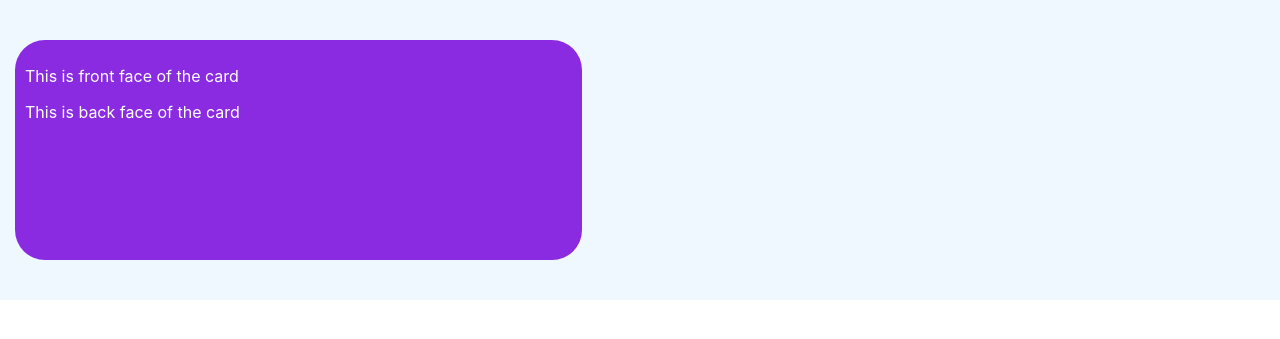
Repository: thai-shriya/anxiety-tracker
Page: /
The author's editor kept a copy of each file at every save. The page is drawn from the files as they stood at one save, then again after the next save.
The browser window is 1280 px wide. The pictures show the whole page.
The project was rebuilt for these pictures with package versions that can differ from the ones it lists, and the page was loaded fresh each time.

Above is the page before, as saved 2024-04-23 01:58:55.

After the next save:
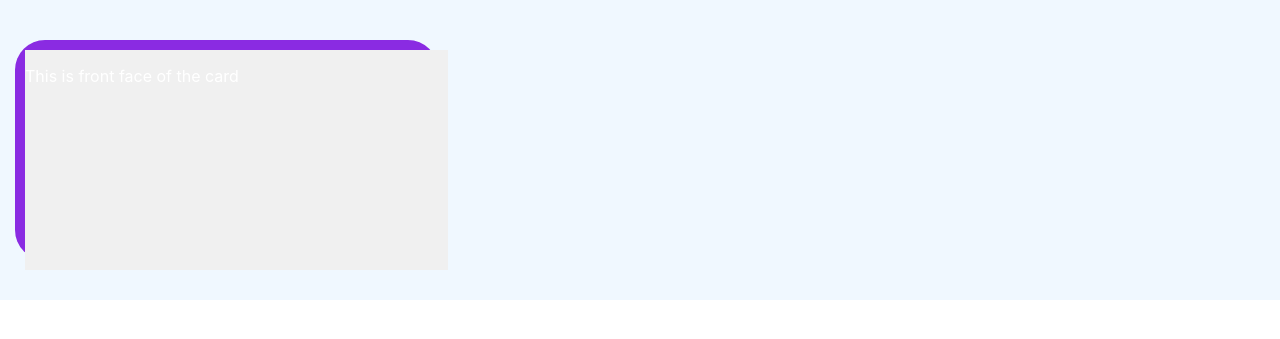
Saved 3 s later.
--- a/src/App.css
+++ b/src/App.css
@@ -15,4 +15,33 @@
   height: 200px;
   border-radius: 30px;
   color:white;
+  perspective: 1000px;
 }
+
+.front, .back {
+  position: absolute;
+  width: 100%;
+  height: 100%;
+  backface-visibility: hidden; /* Hide the backface of the element */
+}
+
+.front {
+  background-color: #f0f0f0; /* Front face background color */
+  transform: rotateY(0deg); /* Initial rotation for front face */
+  transition: transform 0.5s ease; /* Add transition for smooth flipping */
+}
+
+.back {
+  background-color: #e0e0e0; /* Back face background color */
+  transform: rotateY(180deg); /* Initial rotation for back face */
+  transition: transform 0.5s ease; /* Add transition for smooth flipping */
+}
+
+/* Add class to flip the card */
+.flex-card.flipped .front {
+  transform: rotateY(-180deg);
+}
+
+.flex-card.flipped .back {
+  transform: rotateY(0deg);
+}
